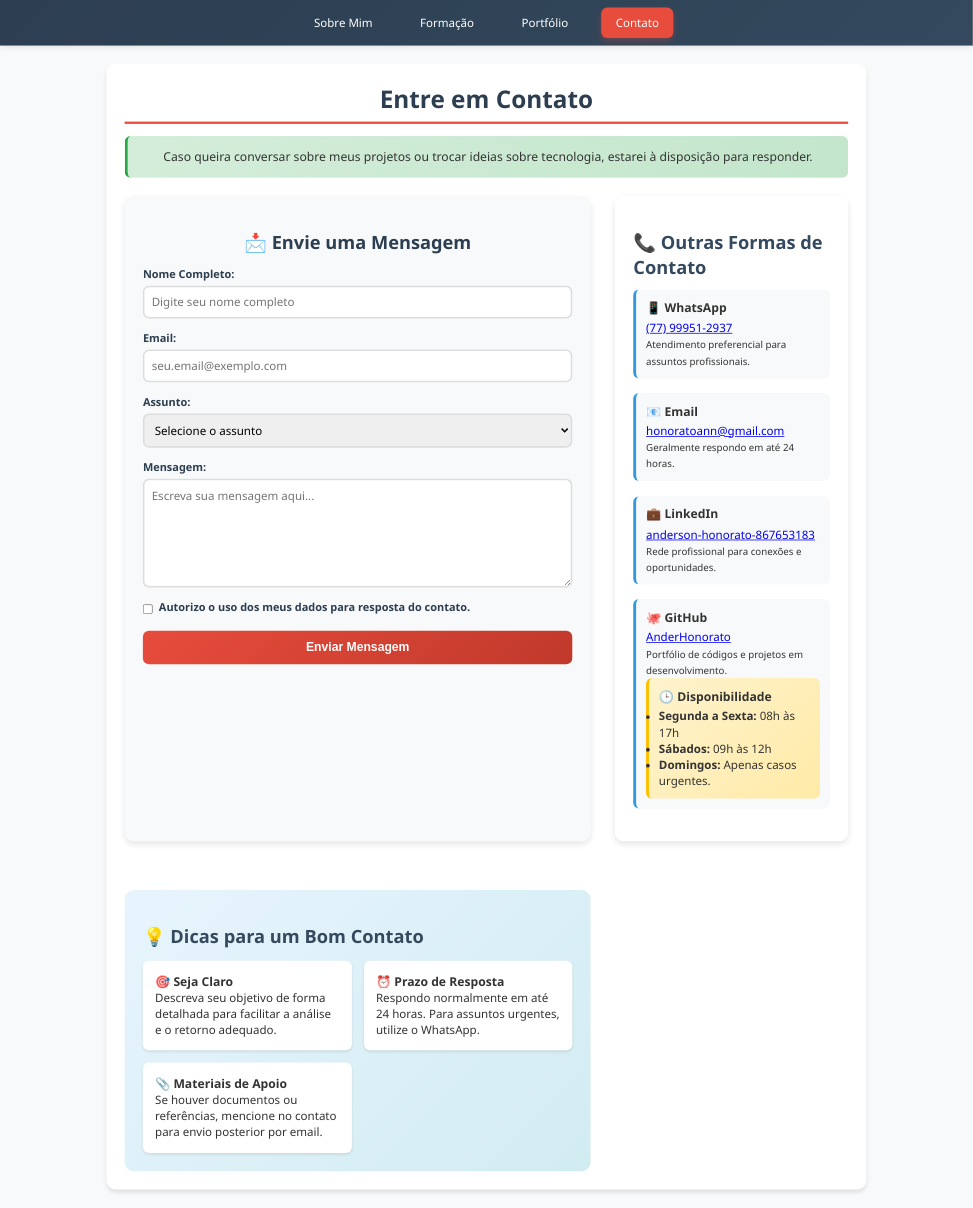
Repository: AnderHonorato/meu-portfolio
Page: contato.html
The author's editor kept a copy of each file at every save. The page is drawn from the files as they stood at one save, then again after the next save.
The browser window is 1280 px wide. The pictures show the whole page, at 76% of full size.

Above is the page before, as saved 2026-02-24 20:04:18.

### contato.html
<!DOCTYPE html>
<html lang="pt-br">
<head>
    <meta charset="UTF-8">
    <meta name="viewport" content="width=device-width, initial-scale=1.0">
    <title>Contato - Anderson</title>
    <link rel="stylesheet" href="css/style.css">
</head>
<body>
    <nav class="menu">
        <ul>
            <li><a href="index.html">Sobre Mim</a></li>
            <li><a href="formacao.html">Formação</a></li>
            <li><a href="portfolio.html">Portfólio</a></li>
            <li><a href="contato.html" class="ativo">Contato</a></li>
        </ul>
    </nav>

    <main class="conteudo">
        <h1>Entre em Contato</h1>

        <p class="intro-contato">
            Caso queira conversar sobre meus projetos ou trocar ideias sobre tecnologia, estarei à disposição para responder.
        </p>

        <div class="contato-container">
            <div class="formulario-contato">
                <h2>📩 Envie uma Mensagem</h2>

                <form class="form-contato" id="formContato">
                    <div class="campo">
                        <label for="nome">Nome Completo:</label>
                        <input type="text" id="nome" name="nome" placeholder="Digite seu nome completo" required>
                    </div>

                    <div class="campo">
                        <label for="email">Email:</label>
                        <input type="email" id="email" name="email" placeholder="seu.email@exemplo.com" required>
                    </div>

                    <div class="campo">
                        <label for="assunto">Assunto:</label>
                        <select id="assunto" name="assunto" required>
                            <option value="">Selecione o assunto</option>
                            <option value="oportunidade">Oportunidade de Trabalho</option>
                            <option value="projeto">Proposta de Projeto</option>
                            <option value="duvida">Dúvida Técnica</option>
                            <option value="networking">Networking</option>
                            <option value="outros">Outros</option>
                        </select>
                    </div>

                    <div class="campo">
                        <label for="mensagem">Mensagem:</label>
                        <textarea id="mensagem" name="mensagem" rows="6" placeholder="Escreva sua mensagem aqui..." required></textarea>
                    </div>

                    <div class="campo checkbox">
                        <input type="checkbox" id="aceite" name="aceite" required>
                        <label for="aceite">Autorizo o uso dos meus dados para resposta do contato.</label>
                    </div>

                    <button type="submit" class="btn-enviar">Enviar Mensagem</button>
                </form>

                <div id="mensagemRetorno" class="mensagem-retorno" style="display: none;">
                    <p>✅ Mensagem enviada com sucesso! Retornarei o contato em breve.</p>
                </div>
            </div>

            <div class="info-contato">
            <h2>📞 Outras Formas de Contato</h2>

            <div class="contato-item">
                <h3>📱 WhatsApp</h3>
                <p><a href="https://wa.me/5577999512937" target="_blank">(77) 99951-2937</a></p>
                <small>Atendimento preferencial para assuntos profissionais.</small>
            </div>

            <div class="contato-item">
                <h3>📧 Email</h3>
                <p><a href="mailto:honoratoann@gmail.com">honoratoann@gmail.com</a></p>
                <small>Geralmente respondo em até 24 horas.</small>
            </div>

            <div class="contato-item">
                <h3>💼 LinkedIn</h3>
                <p><a href="https://www.linkedin.com/in/anderson-honorato-867653183/" target="_blank">anderson-honorato-867653183</a></p>
                <small>Rede profissional para conexões e oportunidades.</small>
            </div>

            <div class="contato-item">
                <h3>🐙 GitHub</h3>
                <p><a href="https://github.com/AnderHonorato" target="_blank">AnderHonorato</a></p>
                <small>Portfólio de códigos e projetos em desenvolvimento.</small>

                <div class="disponibilidade">
                    <h3>🕒 Disponibilidade</h3>
                    <ul>
                        <li><strong>Segunda a Sexta:</strong> 08h às 17h</li>
                        <li><strong>Sábados:</strong> 09h às 12h</li>
                        <li><strong>Domingos:</strong> Apenas casos urgentes.</li>
                    </ul>
                </div>
            </div>
        </div>

        <div class="dicas-contato">
            <h2>💡 Dicas para um Bom Contato</h2>
            <div class="dicas-grid">
                <div class="dica-item">
                    <h4>🎯 Seja Claro</h4>
                    <p>Descreva seu objetivo de forma detalhada para facilitar a análise e o retorno adequado.</p>
                </div>
                <div class="dica-item">
                    <h4>⏰ Prazo de Resposta</h4>
                    <p>Respondo normalmente em até 24 horas. Para assuntos urgentes, utilize o WhatsApp.</p>
                </div>
                <div class="dica-item">
                    <h4>📎 Materiais de Apoio</h4>
                    <p>Se houver documentos ou referências, mencione no contato para envio posterior por email.</p>
                </div>
            </div>
        </div>
    </main>

    <script>
        // SIMULA O ENVIO DO FORMULÁRIO E MOSTRA MENSAGEM DE SUCESSO
        document.getElementById('formContato').addEventListener('submit', function(e) {
            e.preventDefault();
            document.getElementById('mensagemRetorno').style.display = 'block';
            this.reset();
            document.getElementById('mensagemRetorno').scrollIntoView({ behavior: 'smooth' });
        });
    </script>
</body>
</html>

### css/style.css
/* Reset básico e configurações globais */
* {
    margin: 0;
    padding: 0;
    box-sizing: border-box;
}

/* Configurações do corpo da página (Mais compacto) */
body {
    font-family: 'Segoe UI', Tahoma, Geneva, Verdana, sans-serif;
    line-height: 1.4; /* Reduzido de 1.6 */
    color: #333;
    background-color: #f8f9fa;
    font-size: 0.95rem; /* Fonte base ligeiramente menor */
}

/* Menu de navegação - SEMPRE VISÍVEL */
.menu {
    background: linear-gradient(135deg, #2c3e50, #34495e);
    padding: 0.6rem 0; /* Mais fino */
    position: sticky;
    top: 0;
    z-index: 1000;
    box-shadow: 0 2px 10px rgba(0,0,0,0.1);
}

.menu ul {
    list-style: none;
    display: flex;
    justify-content: center;
    gap: 1.5rem; /* Menor gap */
    max-width: 1200px;
    margin: 0 auto;
    padding: 0 1rem;
}

.menu a {
    color: white;
    text-decoration: none;
    padding: 0.6rem 1.2rem; /* Mais compacto */
    border-radius: 8px;
    transition: all 0.3s ease;
    display: block;
    font-weight: 500;
    font-size: 0.95rem;
}

.menu a:hover {
    background-color: rgba(255, 255, 255, 0.1);
    transform: translateY(-2px);
}

.menu a.ativo {
    background-color: #e74c3c;
    box-shadow: 0 4px 8px rgba(231, 76, 60, 0.3);
}

/* Conteúdo principal (Mais compacto) */
.conteudo {
    max-width: 1000px;
    margin: 1.5rem auto; /* Reduzido de 2rem */
    padding: 1.5rem; /* Reduzido de 2rem */
    background-color: white;
    border-radius: 12px;
    box-shadow: 0 4px 6px rgba(0,0,0,0.1);
}

.conteudo h1 {
    color: #2c3e50;
    margin-bottom: 1rem;
    text-align: center;
    font-size: 2rem; /* Menor */
    border-bottom: 3px solid #e74c3c;
    padding-bottom: 0.5rem;
}

.conteudo h2 {
    color: #34495e;
    margin: 1.2rem 0 0.8rem 0; /* Margens reduzidas */
    font-size: 1.5rem;
}

/* === ESTILOS PÁGINA SOBRE MIM === */
.sobre-container {
    display: grid;
    grid-template-columns: 200px 1fr; /* Foto menor */
    gap: 1.5rem;
    margin-top: 1.5rem;
}

.foto-perfil {
    text-align: center;
}

.minha-foto {
    width: 100%;
    max-width: 200px;
    border-radius: 50%; /* Voltei para o visual original (ou mantenha quadrado se preferir, mudei para redondo por ser clássico do seu código original) */
    object-fit: cover;
    box-shadow: 0 8px 16px rgba(0,0,0,0.2);
}

.texto-sobre {
    flex: 1;
}

.texto-sobre p {
    margin-bottom: 0.8rem;
    text-align: justify;
    font-size: 1rem;
}

.lista-hobbies {
    list-style: none;
    margin: 1rem 0;
}

.lista-hobbies li {
    padding: 0.5rem 0;
    font-size: 1rem;
    border-bottom: 1px solid #eee;
    transition: all 0.3s ease;
    cursor: default;
}

.lista-hobbies li:hover {
    background-color: #f8f9fa;
    padding-left: 1rem;
    border-left: 4px solid #e74c3c;
}

/* Hobbies expansíveis (Aparece no hover) */
.hobby-detalhe {
    display: none;
    font-size: 0.85rem;
    color: #555;
    margin-top: 4px;
    padding-left: 1.5rem;
}

.lista-hobbies li:hover .hobby-detalhe {
    display: block;
    animation: fadeIn 0.3s ease-in;
}

.info-adicional {
    margin-top: 2rem;
    padding: 1.5rem;
    background: linear-gradient(135deg, #ecf0f1, #bdc3c7);
    border-radius: 12px;
}

/* === ESTILOS PÁGINA FORMAÇÃO === */
.formacao-secao {
    margin-bottom: 2rem;
}

.item-formacao {
    background: linear-gradient(135deg, #f8f9fa, #e9ecef);
    padding: 1.2rem; /* Mais compacto */
    border-radius: 12px;
    margin-bottom: 1rem;
    border-left: 5px solid #e74c3c;
    transition: transform 0.3s ease;
}

.item-formacao:hover {
    transform: translateY(-3px);
    box-shadow: 0 8px 16px rgba(0,0,0,0.1);
}

.item-formacao h3 {
    color: #2c3e50;
    margin-bottom: 0.5rem;
    font-size: 1.2rem;
}

.item-formacao p {
    margin-bottom: 0.3rem;
    font-size: 0.95rem;
}

.lista-idiomas {
    list-style: none;
}

.lista-idiomas li {
    padding: 0.8rem 0;
    border-bottom: 1px solid #ddd;
}

.lista-idiomas li:last-child {
    border-bottom: none;
}

.nivel-idioma {
    margin-top: 0.3rem;
}

.barra-progresso {
    width: 100%;
    height: 8px;
    background-color: #ecf0f1;
    border-radius: 4px;
    overflow: hidden;
    margin: 0.3rem 0;
}

.progresso {
    height: 100%;
    background: linear-gradient(90deg, #e74c3c, #c0392b);
    transition: width 0.3s ease;
}

.descricao-nivel {
    font-size: 0.85rem;
    color: #7f8c8d;
    font-style: italic;
}

.proximos-estudos ul {
    list-style: none;
    display: grid;
    grid-template-columns: repeat(auto-fit, minmax(200px, 1fr));
    gap: 0.8rem;
}

.proximos-estudos li {
    background-color: #fff3cd;
    padding: 0.8rem;
    border-radius: 8px;
    border-left: 4px solid #ffc107;
    font-weight: 500;
    font-size: 0.9rem;
}

/* === ESTILOS PÁGINA PORTFÓLIO === */
.intro-portfolio {
    text-align: center;
    font-size: 1rem;
    margin-bottom: 1.5rem;
    padding: 1rem;
    background-color: #f8f9fa;
    border-radius: 8px;
    border-left: 4px solid #e74c3c;
}

.projetos-grid {
    display: grid;
    grid-template-columns: repeat(auto-fit, minmax(300px, 1fr)); /* Cards mais estreitos */
    gap: 1.5rem;
    margin-bottom: 2rem;
}

.projeto-item {
    background: linear-gradient(135deg, #ffffff, #f8f9fa);
    padding: 1.5rem;
    border-radius: 12px;
    box-shadow: 0 4px 8px rgba(0,0,0,0.1);
    transition: all 0.3s ease;
    border-top: 4px solid #e74c3c;
}

.projeto-item:hover {
    transform: translateY(-5px);
    box-shadow: 0 10px 20px rgba(0,0,0,0.15);
}

.projeto-item.destaque {
    background: linear-gradient(135deg, #f0f9ff, #e6f7ff);
    border-left: 6px solid #3498db;
    border-top: none;
    box-shadow: 0 6px 12px rgba(52, 152, 219, 0.2);
}

.projeto-item h3 {
    color: #2c3e50;
    margin-bottom: 0.8rem;
    font-size: 1.2rem;
}

.tags-projeto {
    margin-bottom: 0.8rem;
}

.tag {
    display: inline-block;
    background: linear-gradient(135deg, #e74c3c, #c0392b);
    color: white;
    padding: 0.2rem 0.6rem;
    border-radius: 20px;
    font-size: 0.75rem;
    margin-right: 0.3rem;
    margin-bottom: 0.3rem;
    font-weight: 500;
}

.projeto-item.destaque .tag {
    background: linear-gradient(135deg, #3498db, #2980b9);
}

.projeto-detalhes {
    margin: 0.8rem 0;
    padding: 0.8rem;
    background-color: #f8f9fa;
    border-radius: 8px;
}

.projeto-detalhes p {
    margin-bottom: 0.3rem;
    font-size: 0.85rem;
}

.btn-projeto {
    display: inline-block;
    background: linear-gradient(135deg, #3498db, #2980b9);
    color: white;
    padding: 0.6rem 1.2rem;
    text-decoration: none;
    border-radius: 8px;
    transition: all 0.3s ease;
    font-weight: 500;
    font-size: 0.9rem;
}

.btn-projeto:hover {
    transform: translateY(-2px);
    box-shadow: 0 4px 8px rgba(52, 152, 219, 0.3);
}

/* Habilidades técnicas */
.habilidades-secao {
    margin-top: 2rem;
    padding: 1.5rem;
    background: linear-gradient(135deg, #ecf0f1, #bdc3c7);
    border-radius: 12px;
}

.habilidades-grid {
    display: grid;
    grid-template-columns: repeat(auto-fit, minmax(200px, 1fr));
    gap: 1rem;
    margin-top: 1rem;
}

.habilidade-item {
    background-color: white;
    padding: 1rem;
    border-radius: 8px;
    box-shadow: 0 2px 4px rgba(0,0,0,0.1);
}

.habilidade-item h4 {
    color: #2c3e50;
    margin-bottom: 0.5rem;
    font-size: 1rem;
}

.nivel-habilidade {
    display: flex;
    align-items: center;
    gap: 0.8rem;
}

.barra-habilidade {
    flex: 1;
    height: 6px;
    background-color: #ecf0f1;
    border-radius: 3px;
    overflow: hidden;
}

.progresso-habilidade {
    height: 100%;
    background: linear-gradient(90deg, #27ae60, #2ecc71);
    transition: width 0.3s ease;
}

.estudos-atuais {
    margin-top: 1.5rem;
    padding: 1.5rem;
    background-color: #e8f5e8;
    border-radius: 12px;
    border-left: 5px solid #27ae60;
}

.lista-estudos {
    list-style: none;
    display: grid;
    grid-template-columns: repeat(auto-fit, minmax(250px, 1fr));
    gap: 0.8rem;
}

.lista-estudos li {
    padding: 0.8rem;
    background-color: white;
    border-radius: 8px;
    box-shadow: 0 2px 4px rgba(0,0,0,0.1);
    font-size: 0.9rem;
}

/* === ESTILOS PÁGINA CONTATO === */
.intro-contato {
    text-align: center;
    font-size: 1rem;
    margin-bottom: 1.5rem;
    padding: 1rem;
    background: linear-gradient(135deg, #d4edda, #c3e6cb);
    border-radius: 8px;
    border-left: 4px solid #28a745;
}

.contato-container {
    display: grid;
    grid-template-columns: 2fr 1fr;
    gap: 2rem;
    margin-top: 1.5rem;
}

.formulario-contato {
    background-color: #f8f9fa;
    padding: 1.5rem;
    border-radius: 12px;
    box-shadow: 0 4px 8px rgba(0,0,0,0.1);
}

.formulario-contato h2 {
    color: #2c3e50;
    margin-bottom: 1rem;
    text-align: center;
}

.form-contato {
    display: flex;
    flex-direction: column;
    gap: 1rem;
}

.campo {
    display: flex;
    flex-direction: column;
}

.campo.checkbox {
    flex-direction: row;
    align-items: center;
    gap: 0.5rem;
}

.campo label {
    margin-bottom: 0.3rem;
    font-weight: 600;
    color: #2c3e50;
    font-size: 0.9rem;
}

.campo input,
.campo textarea,
.campo select {
    padding: 0.6rem;
    border: 2px solid #ddd;
    border-radius: 8px;
    font-size: 0.95rem;
    font-family: inherit;
}

.campo input:focus,
.campo textarea:focus,
.campo select:focus {
    outline: none;
    border-color: #e74c3c;
    box-shadow: 0 0 0 3px rgba(231, 76, 60, 0.1);
}

.btn-enviar {
    background: linear-gradient(135deg, #e74c3c, #c0392b);
    color: white;
    padding: 0.8rem;
    border: none;
    border-radius: 8px;
    cursor: pointer;
    font-size: 1rem;
    font-weight: 600;
    transition: all 0.3s ease;
}

.btn-enviar:hover {
    transform: translateY(-2px);
    box-shadow: 0 4px 8px rgba(231, 76, 60, 0.3);
}

.mensagem-retorno {
    margin-top: 1rem;
    padding: 0.8rem;
    background-color: #d4edda;
    border: 1px solid #c3e6cb;
    border-radius: 8px;
    color: #155724;
    text-align: center;
    font-weight: 500;
    font-size: 0.9rem;
}

.info-contato {
    background-color: white;
    padding: 1.5rem;
    border-radius: 12px;
    box-shadow: 0 4px 8px rgba(0,0,0,0.1);
    height: fit-content;
}

.contato-item {
    margin-bottom: 1.2rem;
    padding: 0.8rem;
    background-color: #f8f9fa;
    border-radius: 8px;
    border-left: 4px solid #3498db;
}

.contato-item h3 {
    font-size: 1rem;
    margin-bottom: 0.3rem;
}

.contato-item p {
    font-size: 0.95rem;
}

.contato-item small {
    font-size: 0.8rem;
}

.disponibilidade {
    padding: 0.8rem;
    background: linear-gradient(135deg, #fff3cd, #ffeaa7);
    border-radius: 8px;
    border-left: 4px solid #ffc107;
}

.dicas-contato {
    margin-top: 2rem;
    padding: 1.5rem;
    background: linear-gradient(135deg, #e8f4fd, #d1ecf1);
    border-radius: 12px;
}

.dicas-grid {
    display: grid;
    grid-template-columns: repeat(auto-fit, minmax(200px, 1fr));
    gap: 1rem;
    margin-top: 1rem;
}

.dica-item {
    background-color: white;
    padding: 1rem;
    border-radius: 8px;
    box-shadow: 0 2px 4px rgba(0,0,0,0.1);
}

.dica-item h4 {
    font-size: 1rem;
}

/* === RESPONSIVIDADE === */
@media (max-width: 768px) {
    .menu ul { flex-wrap: wrap; gap: 0.5rem; }
    .conteudo { margin: 1rem; padding: 1rem; }
    .sobre-container { grid-template-columns: 1fr; text-align: center; }
    .minha-foto { max-width: 150px; }
    .contato-container { grid-template-columns: 1fr; }
    .projetos-grid { grid-template-columns: 1fr; }
}

@media (max-width: 480px) {
    .conteudo h1 { font-size: 1.6rem; }
    .menu ul { flex-direction: column; }
}

@keyframes fadeIn {
    from { opacity: 0; transform: translateY(-5px); }
    to { opacity: 1; transform: translateY(0); }
}

After the next save:
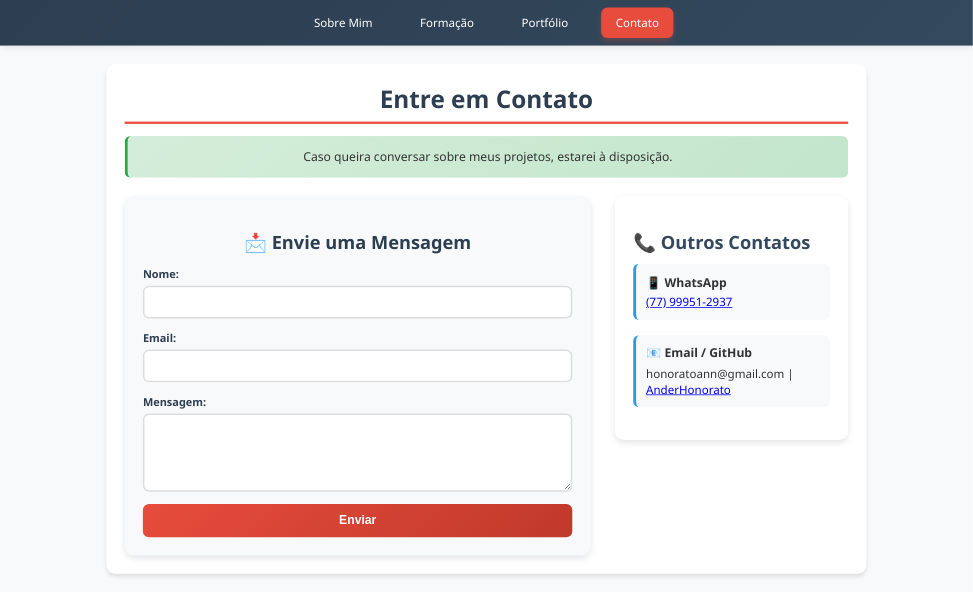
Saved 6 s later.
--- a/contato.html
+++ b/contato.html
@@ -18,119 +18,39 @@
 
     <main class="conteudo">
         <h1>Entre em Contato</h1>
-
-        <p class="intro-contato">
-            Caso queira conversar sobre meus projetos ou trocar ideias sobre tecnologia, estarei à disposição para responder.
-        </p>
+        <p class="intro-contato">Caso queira conversar sobre meus projetos, estarei à disposição.</p>
 
         <div class="contato-container">
             <div class="formulario-contato">
                 <h2>📩 Envie uma Mensagem</h2>
-
                 <form class="form-contato" id="formContato">
-                    <div class="campo">
-                        <label for="nome">Nome Completo:</label>
-                        <input type="text" id="nome" name="nome" placeholder="Digite seu nome completo" required>
-                    </div>
-
-                    <div class="campo">
-                        <label for="email">Email:</label>
-                        <input type="email" id="email" name="email" placeholder="seu.email@exemplo.com" required>
-                    </div>
-
-                    <div class="campo">
-                        <label for="assunto">Assunto:</label>
-                        <select id="assunto" name="assunto" required>
-                            <option value="">Selecione o assunto</option>
-                            <option value="oportunidade">Oportunidade de Trabalho</option>
-                            <option value="projeto">Proposta de Projeto</option>
-                            <option value="duvida">Dúvida Técnica</option>
-                            <option value="networking">Networking</option>
-                            <option value="outros">Outros</option>
-                        </select>
-                    </div>
-
-                    <div class="campo">
-                        <label for="mensagem">Mensagem:</label>
-                        <textarea id="mensagem" name="mensagem" rows="6" placeholder="Escreva sua mensagem aqui..." required></textarea>
-                    </div>
-
-                    <div class="campo checkbox">
-                        <input type="checkbox" id="aceite" name="aceite" required>
-                        <label for="aceite">Autorizo o uso dos meus dados para resposta do contato.</label>
-                    </div>
-
-                    <button type="submit" class="btn-enviar">Enviar Mensagem</button>
+                    <div class="campo"><label>Nome:</label><input type="text" required></div>
+                    <div class="campo"><label>Email:</label><input type="email" required></div>
+                    <div class="campo"><label>Mensagem:</label><textarea rows="4" required></textarea></div>
+                    <button type="submit" class="btn-enviar">Enviar</button>
                 </form>
-
-                <div id="mensagemRetorno" class="mensagem-retorno" style="display: none;">
-                    <p>✅ Mensagem enviada com sucesso! Retornarei o contato em breve.</p>
-                </div>
+                <div id="mensagemRetorno" class="mensagem-retorno" style="display: none;">✅ Mensagem enviada com sucesso!</div>
             </div>
 
             <div class="info-contato">
-            <h2>📞 Outras Formas de Contato</h2>
-
-            <div class="contato-item">
-                <h3>📱 WhatsApp</h3>
-                <p><a href="https://wa.me/5577999512937" target="_blank">(77) 99951-2937</a></p>
-                <small>Atendimento preferencial para assuntos profissionais.</small>
-            </div>
-
-            <div class="contato-item">
-                <h3>📧 Email</h3>
-                <p><a href="mailto:honoratoann@gmail.com">honoratoann@gmail.com</a></p>
-                <small>Geralmente respondo em até 24 horas.</small>
-            </div>
-
-            <div class="contato-item">
-                <h3>💼 LinkedIn</h3>
-                <p><a href="https://www.linkedin.com/in/anderson-honorato-867653183/" target="_blank">anderson-honorato-867653183</a></p>
-                <small>Rede profissional para conexões e oportunidades.</small>
-            </div>
-
-            <div class="contato-item">
-                <h3>🐙 GitHub</h3>
-                <p><a href="https://github.com/AnderHonorato" target="_blank">AnderHonorato</a></p>
-                <small>Portfólio de códigos e projetos em desenvolvimento.</small>
-
-                <div class="disponibilidade">
-                    <h3>🕒 Disponibilidade</h3>
-                    <ul>
-                        <li><strong>Segunda a Sexta:</strong> 08h às 17h</li>
-                        <li><strong>Sábados:</strong> 09h às 12h</li>
-                        <li><strong>Domingos:</strong> Apenas casos urgentes.</li>
-                    </ul>
+                <h2>📞 Outros Contatos</h2>
+                <div class="contato-item">
+                    <h3>📱 WhatsApp</h3>
+                    <p><a href="https://wa.me/5577999512937">(77) 99951-2937</a></p>
                 </div>
-            </div>
-        </div>
-
-        <div class="dicas-contato">
-            <h2>💡 Dicas para um Bom Contato</h2>
-            <div class="dicas-grid">
-                <div class="dica-item">
-                    <h4>🎯 Seja Claro</h4>
-                    <p>Descreva seu objetivo de forma detalhada para facilitar a análise e o retorno adequado.</p>
-                </div>
-                <div class="dica-item">
-                    <h4>⏰ Prazo de Resposta</h4>
-                    <p>Respondo normalmente em até 24 horas. Para assuntos urgentes, utilize o WhatsApp.</p>
-                </div>
-                <div class="dica-item">
-                    <h4>📎 Materiais de Apoio</h4>
-                    <p>Se houver documentos ou referências, mencione no contato para envio posterior por email.</p>
+                <div class="contato-item">
+                    <h3>📧 Email / GitHub</h3>
+                    <p>honoratoann@gmail.com | <a href="https://github.com/AnderHonorato">AnderHonorato</a></p>
                 </div>
             </div>
         </div>
     </main>
 
     <script>
-        // SIMULA O ENVIO DO FORMULÁRIO E MOSTRA MENSAGEM DE SUCESSO
         document.getElementById('formContato').addEventListener('submit', function(e) {
             e.preventDefault();
             document.getElementById('mensagemRetorno').style.display = 'block';
             this.reset();
-            document.getElementById('mensagemRetorno').scrollIntoView({ behavior: 'smooth' });
         });
     </script>
 </body>
